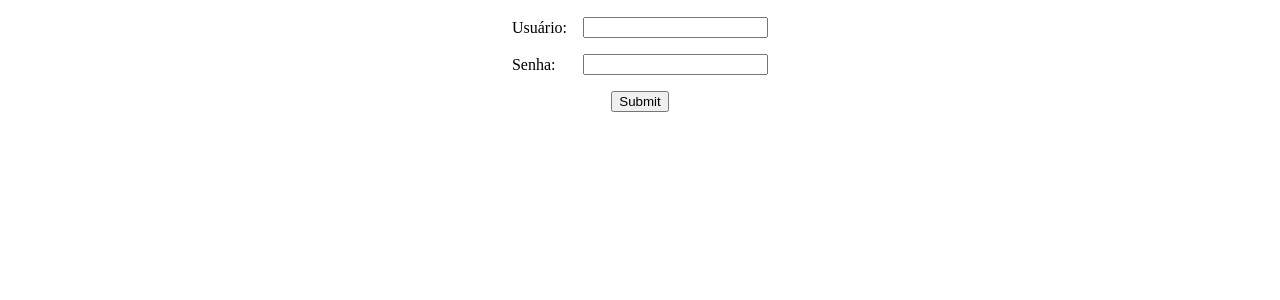
Repository: leonerdy-666/Estudos
Page: http://localhost/JavaWeb/Site.jsp
An editor plug-in stored every save of this project. The page is shown before and after the next save, followed by the edit.
The browser window is 1280 px wide. The pictures show the whole page.
The page is served by Tomcat 9.

Above is the page before, as saved 2023-04-10 23:15:06.

### Udemy/Projeto/JavaWeb/src/main/webapp/Site.jsp
<%@ page language="java" contentType="text/html; charset=ISO-8859-1"
	pageEncoding="ISO-8859-1"%>
<!DOCTYPE html PUBLIC "-//W3C//DTD HTML 4.01 Transitional//EN" "http://www.w3.org/TR/html4/loose.dtd">
<html>
<head>
<meta http-equiv="Content-Type" content="text/html; charset=ISO-8859-1">
<link href="imagens/logo.png">
<title>Site</title>
</head>
<body>
	<form action="">
		<table cellpadding="7" align="center">
			<tr>
				<td>Usuário:</td>
				<td><input type="text" name="txtUsuario" /></td>
			</tr>
			<tr>
				<td>Senha:</td>
				<td><input type="text" name="txtSenha" /></td>
			</tr>
			<tr>
				<td colspan="2" align="center"><input type="submit"></td>
			</tr>
		</table>
	</form>
</body>
</html>

After the next save:
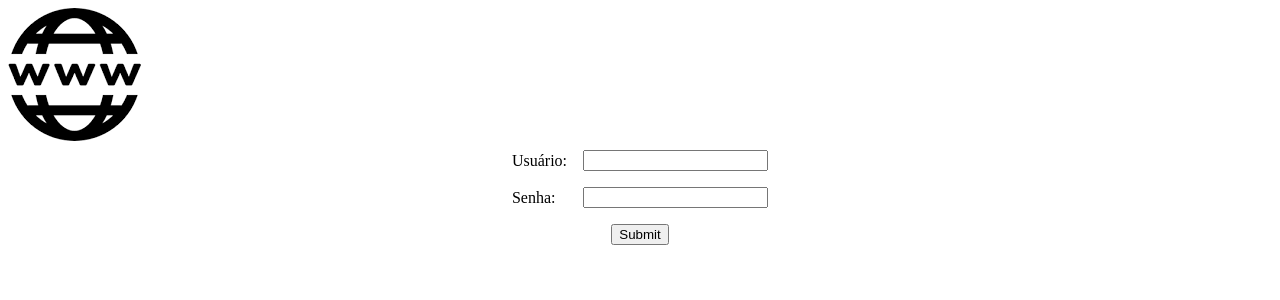
Saved 76 s later.
--- a/Udemy/Projeto/JavaWeb/src/main/webapp/Site.jsp
+++ b/Udemy/Projeto/JavaWeb/src/main/webapp/Site.jsp
@@ -4,7 +4,7 @@
 <html>
 <head>
 <meta http-equiv="Content-Type" content="text/html; charset=ISO-8859-1">
-<link href="imagens/logo.png">
+<img src="imagens/logo.png">
 <title>Site</title>
 </head>
 <body>

After the save that followed:
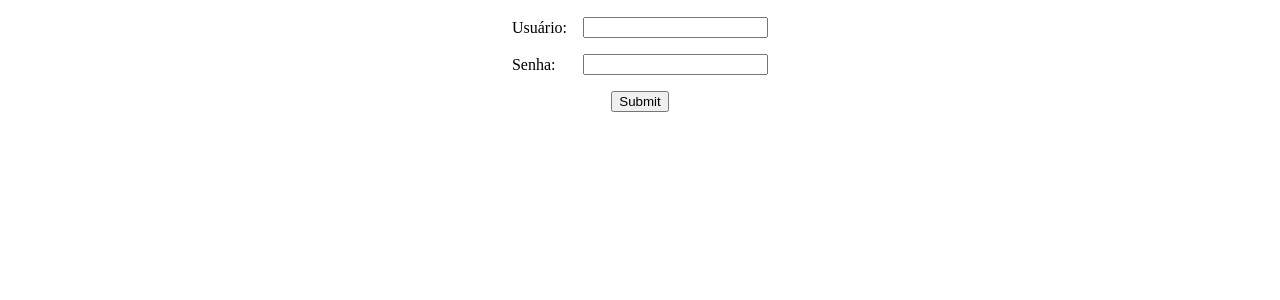
Saved 8 s later.
--- a/Udemy/Projeto/JavaWeb/src/main/webapp/Site.jsp
+++ b/Udemy/Projeto/JavaWeb/src/main/webapp/Site.jsp
@@ -4,7 +4,7 @@
 <html>
 <head>
 <meta http-equiv="Content-Type" content="text/html; charset=ISO-8859-1">
-<img src="imagens/logo.png">
+<link href="imagens/logo.png">
 <title>Site</title>
 </head>
 <body>
